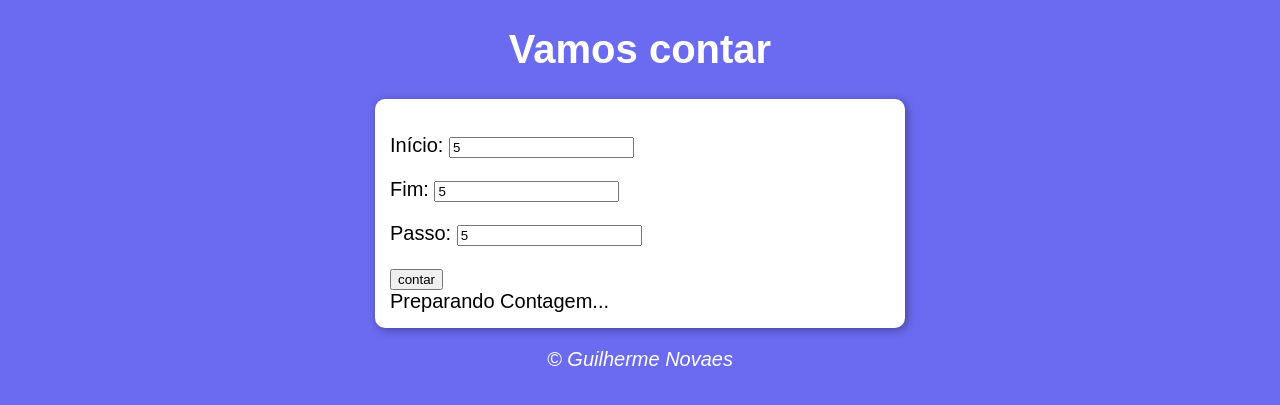
Repository: Guilherme-RNovaes/JavaScript-Curso
Page: Aula 14ex/ex016/index.html
An editor plug-in stored every save of this project. The page is shown before and after a run of saves, followed by the edit.
The browser window is 1280 px wide. The pictures show the whole page.
Empty fields were first filled with sample values (such as "Sample", 5 or name@example.com).
After loading, the first visible `#dados > input` was clicked once.

Above is the page before, as saved 2022-09-07 11:18:49.
Console error: SyntaxError: Unexpected token '...'

After the next 2 saves:
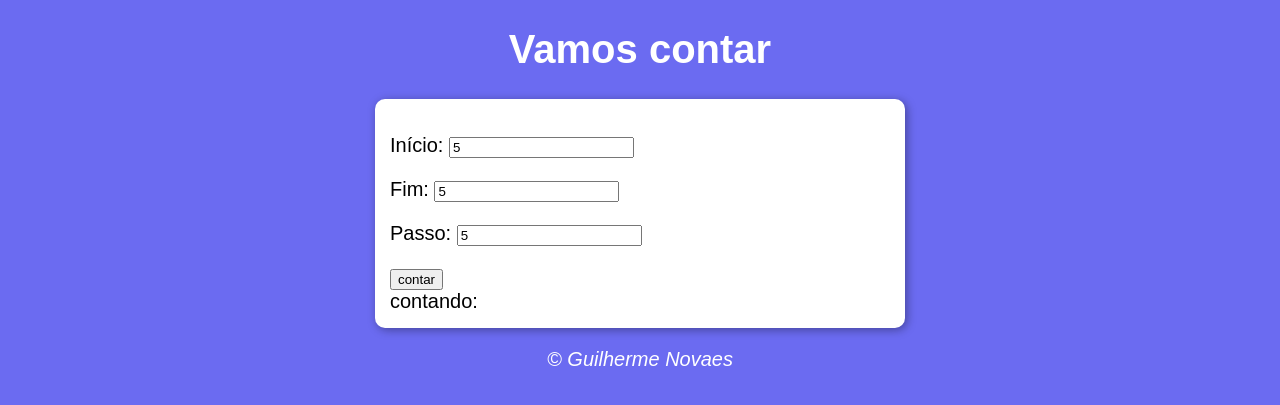
The error is gone.
The 2 saves are shown as one change because they came seconds apart.
The last was saved 12 s later.
--- a/Aula 14ex/ex016/script.js
+++ b/Aula 14ex/ex016/script.js
@@ -7,6 +7,6 @@ function contar(){
     if (ini.value.length == 0 || fim.value.length == 0 || passo.value.length == 0){
         window.alert('[ERRO] Faltam dados')
     } else {
-        res.innerHTML = contando...
+        res.innerHTML = 'contando: '
     }
 }
